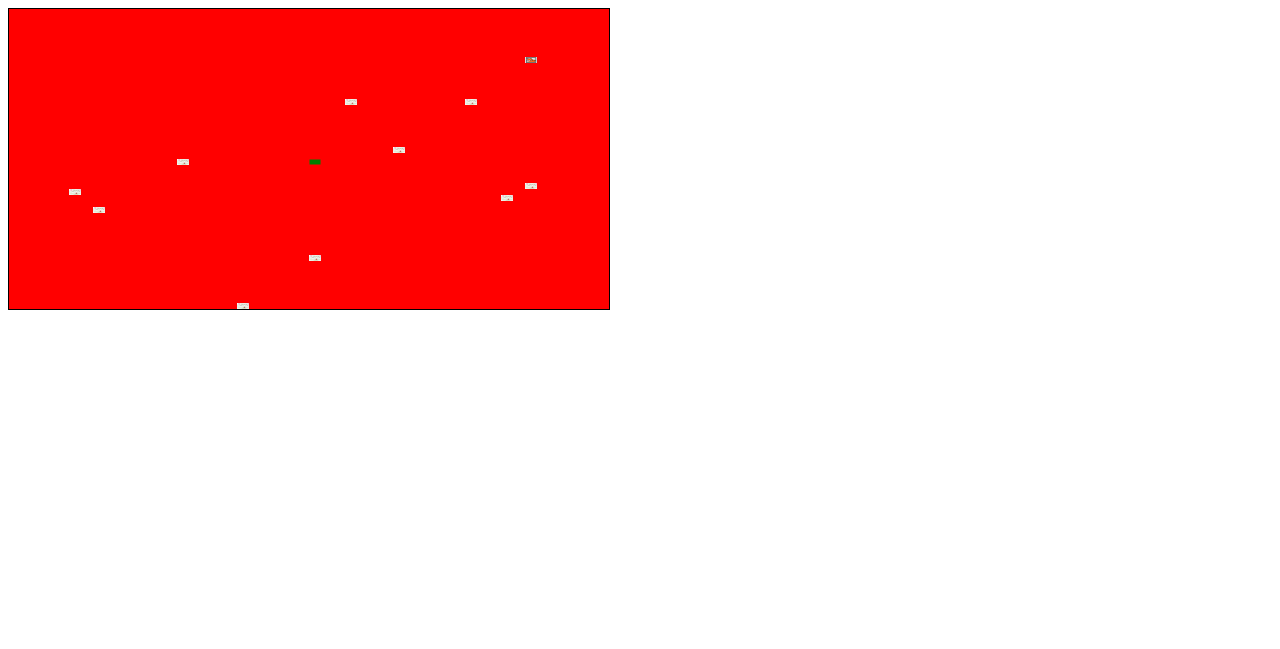
Repository: melon-husk/snakeGame
Page: index2.html
An editor plug-in stored every save of this project. The page is shown before and after the next save, followed by the edit.
The browser window is 1280 px wide. The pictures show the whole page.

Above is the page before, as saved 2020-05-22 19:24:18.

### index2.html


<html>
    <head>
        <title>Snake Game Exploit tail by Zer00s </title>
        <style>
            canvas{
                display: block;
                margin: 0 auto;
            }
        </style>
    </head>
    <div id="gameBox" style="margin: 0px;"></div>
    <script src="script.js"></script>
</html>

### script.js
const boxWidth = 600;
const boxHeight = 300;
const elementsX = 50;
const elementsY = 50;
const elementWidth = Math.floor(boxWidth / elementsX);
const elementHeight = Math.floor(boxHeight / elementsY);
const boxXelements = Math.floor(boxWidth / elementWidth);
const boxYelements = Math.floor(boxHeight / elementHeight);
const boxEnemyCount = 5;
const boxFriendCount = 10;
const backGroundColor = "red";
var cvs = document.createElement('canvas');

cvs.id = "gameCanvas";
cvs.width = boxWidth;
cvs.height = boxHeight;
cvs.style.border = "1px solid";
cvs.style.display = "block";
cvs.style.margin = "0px 0px 0px 0px"; // cvs.style.margin = "0 auto";
cvs.style.background = backGroundColor;
cvs.style.padding = "0px";
var body = document.getElementById("gameBox");
body.appendChild(cvs);

const ctx = cvs.getContext("2d");


const friendImg = new Image();
friendImg.src = "friend.png";
const enemyImg = new Image();
enemyImg.src = "enemy.png";

let snake = [];

snake[0] = {
    x : elementWidth*(boxXelements/2),
    y : elementHeight*(boxYelements/2)
};

function getNewElement(){
    return{
        x : Math.floor(Math.random()*boxXelements)* elementWidth,
        y : Math.floor(Math.random()*boxYelements)*elementHeight
    };
}
// create the friend
let friends= [];
for(let i = 0; i < boxFriendCount; i++){
    friends.push( getNewElement());
}
// create the enemy

let enemy = getNewElement();

// create the score var

let score = 0;

//control the snake

let d;

document.addEventListener("keydown",direction);

function direction(event){
    let key = event.keyCode;
    if( key == 37 && d != "RIGHT"){
        d = "LEFT";
    }else if(key == 38 && d != "DOWN"){
        d = "UP";
    }else if(key == 39 && d != "LEFT"){
        d = "RIGHT";
    }else if(key == 40 && d != "UP"){
        d = "DOWN";
    }
    return d;
}

// cheack collision function
function collision(head,array){
    for(let i = 0; i < array.length; i++){
        if(head.x == array[i].x && head.y == array[i].y){
            return true;
        }
    }
    return false;
}

// draw everything to the canvas
const enemies=3;
function drawSnakeMovement(snakeArr){
    let snakeTail = snakeArr[snakeArr.length-1];
    let snakeHead = snakeArr[0];
    // Remove tail
    ctx.fillStyle = backGroundColor;
    ctx.fillRect(snake.x, snake.y, elementWidth, elementHeight);
    // Draw new snake head
    ctx.fillStyle = "green";
    ctx.fillRect(snakeHead.x,snakeHead.y,elementWidth,elementHeight);
    ctx.strokeStyle = "red";
    ctx.strokeRect(snakeHead.x,snakeHead.y,elementWidth,elementHeight);
}

function draw(){
    if( d == "LEFT") snakeX -= elementWidth;
    if( d == "UP") snakeY -= elementHeight;
    if( d == "RIGHT") snakeX += elementWidth;
    if( d == "DOWN") snakeY += elementHeight;
    if( d == "A") snakeX -= elementWidth;
    if( d == "W") snakeY -= elementHeight;
    if( d == "D") snakeX += elementWidth;
    if( d == "S") snakeY += elementHeight;
}

function redraw(recursive=false,isFriend=null){
// old head position
let snakeX = snake[0].x;
let snakeY = snake[0].y;

    ctx.fillStyle = backGroundColor;
    ctx.fillRect(0, 0, boxWidth, boxHeight);

    for( let i = 0; i < snake.length ; i++){
        ctx.fillStyle = ( i == 0 )? "green" : "white";
        ctx.fillRect(snake[i].x,snake[i].y,elementWidth,elementHeight);

        ctx.strokeStyle = "red";
        ctx.strokeRect(snake[i].x,snake[i].y,elementWidth,elementHeight);
    }

    for( let i = 0; i < friends.length ; i++){
        ctx.drawImage(friendImg, friends[i].x, friends[i].y,elementWidth,elementHeight);
    }

    ctx.drawImage(enemyImg, enemy.x, enemy.y,elementWidth,elementHeight);


    // which direction
    if( d == "LEFT") snakeX -= elementWidth;
    if( d == "UP") snakeY -= elementHeight;
    if( d == "RIGHT") snakeX += elementWidth;
    if( d == "DOWN") snakeY += elementHeight;
    if( d == "A") snakeX -= elementWidth;
    if( d == "W") snakeY -= elementHeight;
    if( d == "D") snakeX += elementWidth;
    if( d == "S") snakeY += elementHeight;
    let foundfriend = false;
    let foundenemy= false;
    // if the snake eats the friend
    if( collision({x:snakeX,y:snakeY},friends)){
        score=score+1;
        //friends.push(friend);
        let friend = getNewElement();
        friends.push(friend);
        foundfriend=true;
        // we don't remove the tail
    }
    // if the snake eats the enemy
    else if(snakeX == enemy.x && snakeY == enemy.y){ // Check Enemies vector for current position
        score=score-1;

        enemy =getNewElement();

        foundenemy=true;
        snake.pop();
        snake.pop();

        // we don't remove the tail
    }else{
        if(!recursive && isFriend == null){
            snake.pop();
    }   else if(recursive && !isFriend){
            snake.pop();

        }
    }

    // add new Head

    let newHead = {
        x : snakeX,
        y : snakeY
    }

    // game over
    //console.log(snakeY);
    if(snakeX < 0 || snakeX >= boxWidth|| snakeY < 0|| snakeY >= boxHeight || collision(newHead,snake)){


        console.log(newHead);
        clearInterval(game);
        return;
    }

    snake.unshift(newHead);

    if(foundfriend){
           redraw(true,true);
    }else if(foundenemy){
            redraw(true,false);
    }

    // Create grid

   /*

   for (i = 0; i < boxWidth; i += elementWidth) {
        ctx.moveTo(0, i);
        ctx.lineTo(boxWidth, i);
        ctx.stroke();
    }

    for (i = 0; i <boxHeight; i += elementHeight) {
        ctx.moveTo(i, 0);
        ctx.lineTo(i,boxHeight);
        ctx.stroke();
    }

    */
}

// call draw function every 100 ms

let game = setInterval(redraw,100);

After the next save:
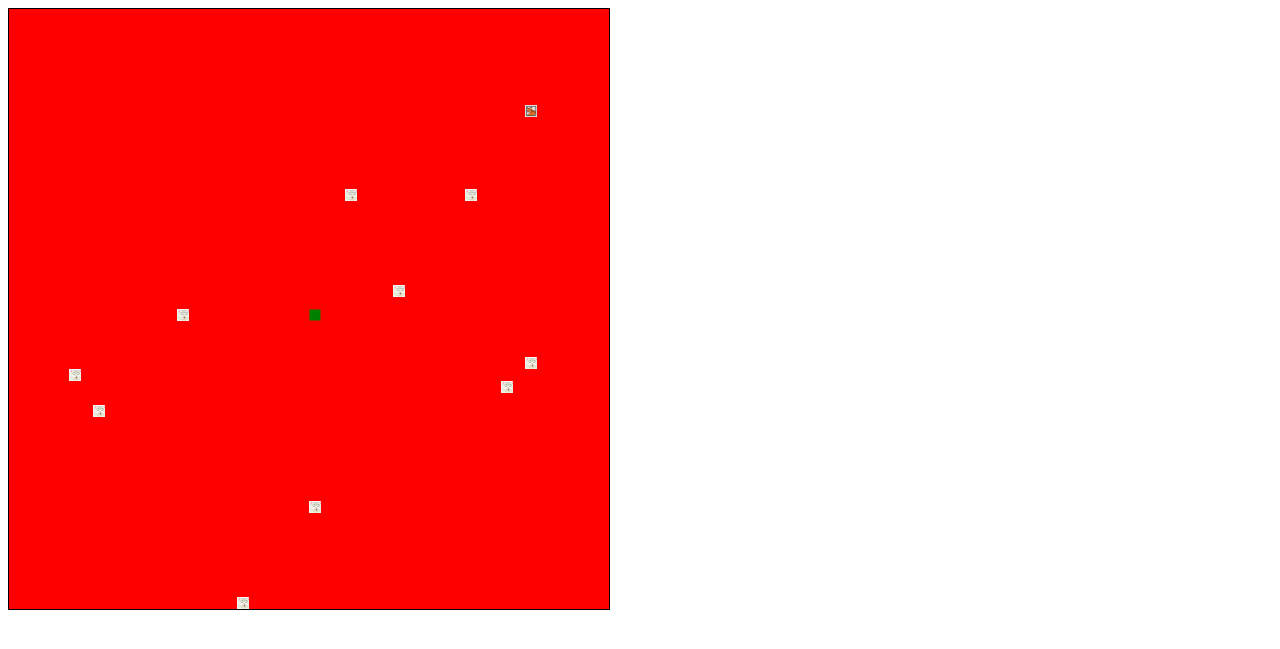
Saved 2 min 20 s later.
--- a/script.js
+++ b/script.js
@@ -1,5 +1,5 @@
 const boxWidth = 600;
-const boxHeight = 300;
+const boxHeight = 600;
 const elementsX = 50;
 const elementsY = 50;
 const elementWidth = Math.floor(boxWidth / elementsX);
